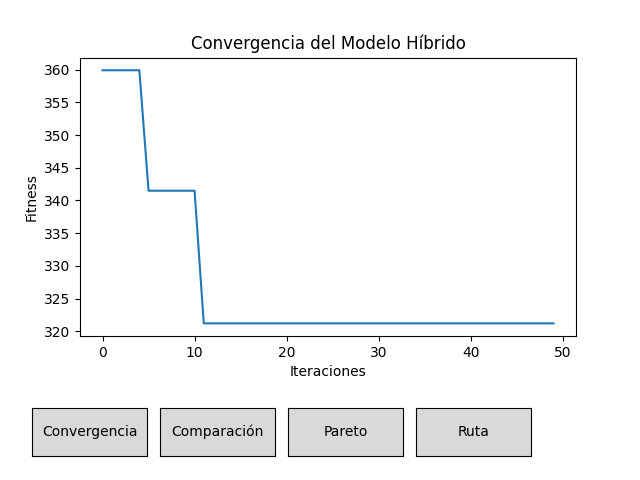
Repository: RIAJ15/IntelRR-Sistema-de-Optimizacion-basado-en-Algoritmos-Metaheuristicos-Hibridos
Script's output: python main.py
An editor plug-in stored every save of this project. The script's output is shown before and after the next save, followed by the edit.
Random numbers start from a fixed seed.

Above is the script's output before, as saved 2026-05-16 11:07:14.

### main.py
from data.ciudades import generar_ciudades, calcular_distancia, generar_costo_tiempo
from algorithms.hybrid import modelo_hibrido
from algorithms.nsga2 import nsga2
from visualization.dashboard import Dashboard
from utils.metrics import desviacion_estandar, promedio
from config import *
import time


# ============================================================
# GENERACIÓN DE DATOS DEL PROBLEMA
# ============================================================

# Se generan las ciudades y matrices del problema
ciudades = generar_ciudades(NUM_CIUDADES)
distancia = calcular_distancia(ciudades)
costo, tiempo_m = generar_costo_tiempo(NUM_CIUDADES)


# ============================================================
# PRUEBA INDIVIDUAL PARA VISUALIZACIÓN
# ============================================================

# NSGA-II
inicio = time.time()
frente_nsga, hist_nsga = nsga2(NUM_CIUDADES, distancia, costo, tiempo_m)
tiempo_nsga = time.time() - inicio

# Modelo híbrido
inicio = time.time()
frente_hibrido, hist_hibrido = modelo_hibrido(NUM_CIUDADES, distancia, costo, tiempo_m)
tiempo_hibrido = time.time() - inicio


# ============================================================
# BENCHMARKING (PRUEBAS REPETIDAS)
# ============================================================

"""
Se ejecutan múltiples pruebas para obtener métricas más confiables
y evitar conclusiones basadas en una sola ejecución.
"""

NUM_PRUEBAS = 10

tiempos_nsga = []
tiempos_hibrido = []

fitness_nsga = []
fitness_hibrido = []

for _ in range(NUM_PRUEBAS):

    # -------------------------
    # NSGA-II
    # -------------------------
    inicio = time.time()
    frente, _ = nsga2(NUM_CIUDADES, distancia, costo, tiempo_m)
    tiempos_nsga.append(time.time() - inicio)

    mejor_nsga = min(sum(r["fitness"]) for r in frente)
    fitness_nsga.append(mejor_nsga)

    # -------------------------
    # HÍBRIDO
    # -------------------------
    inicio = time.time()
    frente, _ = modelo_hibrido(NUM_CIUDADES, distancia, costo, tiempo_m)
    tiempos_hibrido.append(time.time() - inicio)

    mejor_h = min(sum(r["fitness"]) for r in frente)
    fitness_hibrido.append(mejor_h)


# ============================================================
# RESULTADOS
# ============================================================

print("\n=== RESULTADOS NSGA-II ===")
for r in frente_nsga:
    print(r["fitness"])

print("\n=== RESULTADOS MODELO HÍBRIDO ===")
for r in frente_hibrido:
    print(r["fitness"])


# ============================================================
# MÉTRICAS DE RENDIMIENTO
# ============================================================

print("\n========== MÉTRICAS ==========")

print("Tiempo promedio NSGA-II:", promedio(tiempos_nsga))
print("Tiempo promedio Híbrido:", promedio(tiempos_hibrido))

print("Mejor fitness promedio NSGA-II:", promedio(fitness_nsga))
print("Mejor fitness promedio Híbrido:", promedio(fitness_hibrido))

print("Desviación estándar NSGA-II:", desviacion_estandar(fitness_nsga))
print("Desviación estándar Híbrido:", desviacion_estandar(fitness_hibrido))


# ============================================================
# DASHBOARD INTERACTIVO
# ============================================================

Dashboard(
    hist_nsga,
    hist_hibrido,
    frente_hibrido,
    ciudades
)

### data/ciudades.py
import random
import math

def generar_ciudades(n):
    """
    Genera n ciudades con coordenadas aleatorias.

    Parámetros:
        n (int): Número de ciudades.

    Retorna:
        list: Lista de coordenadas (x, y).
    """
    ciudades = []
    for _ in range(n):
        x = random.uniform(0, 100)
        y = random.uniform(0, 100)
        ciudades.append((x, y))
    return ciudades

def calcular_distancia(ciudades):
    """
    Calcula la distancia entre todas las ciudades usando distancia euclidiana.

    Parámetros:
        ciudades (list): Lista de coordenadas.

    Retorna:
        list[list]: Matriz de distancias.
    """
    n = len(ciudades)
    matriz = [[0]*n for _ in range(n)]

    for i in range(n):
        for j in range(n):
            x1, y1 = ciudades[i]
            x2, y2 = ciudades[j]
            matriz[i][j] = math.sqrt((x1 - x2)**2 + (y1 - y2)**2)

    return matriz

def generar_costo_tiempo(n):
    """
    Genera matrices de costo y tiempo de forma aleatoria.

    Parámetros:
        n (int): Número de ciudades.

    Retorna:
        tuple: (costo, tiempo)
    """
    costo = [[random.uniform(1, 10) for _ in range(n)] for _ in range(n)]
    tiempo = [[random.uniform(1, 10) for _ in range(n)] for _ in range(n)]

    return costo, tiempo

### algorithms/hybrid.py
from algorithms.nsga2 import nsga2
from algorithms.pso import pso_mejorar

# =========================
# MODELO HÍBRIDO
# =========================
def modelo_hibrido(n, distancia, costo, tiempo):
    """
    Ejecuta el modelo híbrido NSGA-II + PSO.

    Flujo:
    1. Se obtiene un conjunto de soluciones con NSGA-II.
    2. Se refinan esas soluciones utilizando PSO.

    Parámetros:
        n (int): Número de ciudades.
        distancia (matrix): Matriz de distancias.
        costo (matrix): Matriz de costos.
        tiempo (matrix): Matriz de tiempos.

    Retorna:
        tuple:
            - soluciones mejoradas
            - historial de convergencia
    """
    # =========================
    # FASE 1: NSGA-II
    # =========================
    frente, historial = nsga2(n, distancia, costo, tiempo)

    # =========================
    # FASE 2: PSO (REFINAMIENTO)
    # =========================
    mejorado = pso_mejorar(frente, distancia, costo, tiempo)

    return mejorado, historial

### algorithms/nsga2.py
import random
from utils.fitness import evaluar_ruta
from utils.pareto import clasificar_pareto
from config import *

# =========================
# CREACIÓN DE INDIVIDUO
# =========================
def crear_individuo(n):
    """Genera una ruta aleatoria."""
    ruta = list(range(n))
    random.shuffle(ruta)
    return ruta

# =========================
# CREACIÓN DE POBLACIÓN
# =========================
def crear_poblacion(n, size):
    """Genera la población inicial."""
    return [crear_individuo(n) for _ in range(size)]

# =========================
# EVALUACIÓN DE POBLACIÓN
# =========================
def evaluar_poblacion(poblacion, distancia, costo, tiempo):
    """Evalúa cada individuo con la función de fitness."""
    individuos = []
    for ruta in poblacion:
        fitness = evaluar_ruta(ruta, distancia, costo, tiempo)
        individuos.append({
            "ruta": ruta,
            "fitness": fitness
        })
    return individuos

# =========================
# CRUCE
# =========================
def cruce(padre1, padre2):
    """Combina dos individuos para generar uno nuevo."""
    punto = random.randint(1, len(padre1)-2)
    hijo = padre1[:punto]

    for gen in padre2:
        if gen not in hijo:
            hijo.append(gen)

    return hijo

# =========================
# MUTACIÓN
# =========================
def mutacion(ruta):
    """Realiza un intercambio aleatorio en la ruta."""
    if random.random() < PROB_MUTACION:
        i, j = random.sample(range(len(ruta)), 2)
        ruta[i], ruta[j] = ruta[j], ruta[i]
    return ruta

# =========================
# GENERAR NUEVA POBLACIÓN
# =========================
def generar_nueva_poblacion(poblacion):
    """Genera nueva población aplicando cruce y mutación."""
    nueva = []

    if len(poblacion) < 2:
        return [poblacion[0]["ruta"][:] for _ in range(POBLACION_SIZE)]

    while len(nueva) < POBLACION_SIZE:
        p1, p2 = random.sample(poblacion, 2)
        hijo = cruce(p1["ruta"], p2["ruta"])
        hijo = mutacion(hijo)
        nueva.append(hijo)

    return nueva

# =========================
# ALGORITMO NSGA-II
# =========================
def nsga2(n, distancia, costo, tiempo):
    """
    Ejecuta NSGA-II con elitismo y evaluación multiobjetivo.
    """

    poblacion = crear_poblacion(n, POBLACION_SIZE)
    historial = []

    for _ in range(GENERACIONES):

        # Evaluación
        evaluados = evaluar_poblacion(poblacion, distancia, costo, tiempo)

        # Clasificación por Pareto
        frentes = clasificar_pareto(evaluados)
        mejor_frente = frentes[0]

        # Registro de convergencia
        historial.append(min(f["fitness"][0] for f in mejor_frente))

        # =========================
        # ELITISMO
        # =========================

        elite = mejor_frente
        elite = sorted(elite, key=lambda x: sum(x["fitness"]))

        nueva = generar_nueva_poblacion(evaluados)

        elite_rutas = [e["ruta"] for e in elite]

        if len(elite_rutas) >= POBLACION_SIZE:
            poblacion = elite_rutas[:POBLACION_SIZE]
        else:
            poblacion = elite_rutas + nueva[:POBLACION_SIZE - len(elite_rutas)]

    return frentes[0], historial

### utils/fitness.py
def evaluar_ruta(ruta, distancia, costo, tiempo):
    """
    Evalúa una ruta en términos de distancia, costo y tiempo.

    Parámetros:
        ruta (list): orden de ciudades
        distancia (matrix)
        costo (matrix)
        tiempo (matrix)

    Retorna:
        tuple: (distancia_total, costo_total, tiempo_total)
    """

    dist_total = 0
    costo_total = 0
    tiempo_total = 0

    for i in range(len(ruta) - 1):
        a = ruta[i]
        b = ruta[i + 1]

        dist_total += distancia[a][b]
        costo_total += costo[a][b]
        tiempo_total += tiempo[a][b]

    return dist_total, costo_total, tiempo_total

### utils/pareto.py
def domina(a, b):
    """
    Verifica si la solución a domina a b
    """
    return all(x <= y for x, y in zip(a, b)) and any(x < y for x, y in zip(a, b))

def clasificar_pareto(poblacion):
    """
    Clasifica soluciones en frentes de Pareto
    """
    frentes = []
    poblacion_restante = poblacion[:]

    while poblacion_restante:
        frente = []
        for p in poblacion_restante:
            if not any(domina(q['fitness'], p['fitness']) for q in poblacion_restante):
                frente.append(p)

        frentes.append(frente)
        poblacion_restante = [p for p in poblacion_restante if p not in frente]

    return frentes

### config.py
# =========================
# PARÁMETROS DEL PROBLEMA
# =========================

# Número de ciudades (tamaño del problema)
NUM_CIUDADES = 10

# =========================
# PARÁMETROS DEL ALGORITMO GENÉTICO (NSGA-II)
# =========================

# Tamaño de la población
POBLACION_SIZE = 20

# Número de generaciones (iteraciones)
GENERACIONES = 50

# Probabilidad de cruce entre individuos
PROB_CRUCE = 0.8

# Probabilidad de mutación (intercambio de genes)
PROB_MUTACION = 0.2

# =========================
# PARÁMETROS DEL PSO (ENJAMBRE)
# =========================

# Peso de inercia (influencia del estado actual)
W = 0.5

# Coeficiente cognitivo (influencia de la mejor solución individual - pBest)
C1 = 1.5

# Coeficiente social (influencia de la mejor solución global - gBest)
C2 = 1.5

### algorithms/pso.py
import random
from utils.fitness import evaluar_ruta
from config import W, C1, C2


def obtener_swaps(ruta1, ruta2):
    """
    Genera una secuencia de swaps para transformar ruta1 en ruta2.
    """
    swaps = []
    r1 = ruta1[:]
    for i in range(len(r1)):
        if r1[i] != ruta2[i]:
            j = r1.index(ruta2[i])
            swaps.append((i, j))
            r1[i], r1[j] = r1[j], r1[i]
    return swaps


def aplicar_swaps(ruta, swaps):
    """
    Aplica una lista de swaps a una ruta.
    """
    nueva = ruta[:]
    for i, j in swaps:
        nueva[i], nueva[j] = nueva[j], nueva[i]
    return nueva


def pso_mejorar(soluciones, distancia, costo, tiempo):
    """
    PSO adaptado a problema discreto usando swaps como "velocidad".
    """

    particulas = []

    # Inicialización
    for s in soluciones:
        particulas.append({
            "ruta": s["ruta"][:],
            "fitness": s["fitness"],
            "pbest": s["ruta"][:],
            "pbest_fit": s["fitness"],
            "velocidad": []  # lista de swaps
        })

    # Mejor global
    gbest = min(particulas, key=lambda x: sum(x["fitness"]))

    for _ in range(10):
        for p in particulas:

            # ===== ECUACIÓN DE VELOCIDAD (ADAPTADA) =====
            # v = w*v + c1*(pBest - x) + c2*(gBest - x)

            swaps_pbest = obtener_swaps(p["ruta"], p["pbest"])
            swaps_gbest = obtener_swaps(p["ruta"], gbest["ruta"])

            nueva_velocidad = []

            # Inercia
            for swap in p["velocidad"]:
                if random.random() < W:
                    nueva_velocidad.append(swap)

            # Componente cognitivo
            for swap in swaps_pbest:
                if random.random() < C1:
                    nueva_velocidad.append(swap)

            # Componente social
            for swap in swaps_gbest:
                if random.random() < C2:
                    nueva_velocidad.append(swap)

            p["velocidad"] = nueva_velocidad

            # ===== ECUACIÓN DE POSICIÓN =====
            # x = x + v

            nueva_ruta = aplicar_swaps(p["ruta"], p["velocidad"])

            nuevo_fit = evaluar_ruta(nueva_ruta, distancia, costo, tiempo)

            # Actualizar estado
            p["ruta"] = nueva_ruta
            p["fitness"] = nuevo_fit

            # Actualizar pBest
            if sum(nuevo_fit) < sum(p["pbest_fit"]):
                p["pbest"] = nueva_ruta[:]
                p["pbest_fit"] = nuevo_fit

        # Actualizar gBest
        gbest = min(particulas, key=lambda x: sum(x["fitness"]))

    return [{"ruta": p["ruta"], "fitness": p["fitness"]} for p in particulas]

### visualization/dashboard.py
import matplotlib.pyplot as plt
from matplotlib.widgets import Button


class Dashboard:
    """
    Dashboard interactivo para visualizar resultados del proyecto.

    Parámetros:
        hist_nsga (list): Historial de convergencia de NSGA-II.
        hist_hibrido (list): Historial de convergencia del modelo híbrido.
        frente (list): Soluciones del frente de Pareto.
        ciudades (list): Coordenadas de las ciudades.
    """

    def __init__(self, hist_nsga, hist_hibrido, frente, ciudades):
        self.hist_nsga = hist_nsga
        self.hist_hibrido = hist_hibrido
        self.frente = frente
        self.ciudades = ciudades

        # Figura principal
        self.fig, self.ax = plt.subplots()
        plt.subplots_adjust(bottom=0.3)

        # =========================
        # BOTONES
        # =========================
        ax_btn1 = plt.axes([0.05, 0.05, 0.18, 0.1])
        ax_btn2 = plt.axes([0.25, 0.05, 0.18, 0.1])
        ax_btn3 = plt.axes([0.45, 0.05, 0.18, 0.1])
        ax_btn4 = plt.axes([0.65, 0.05, 0.18, 0.1])

        self.btn1 = Button(ax_btn1, 'Convergencia')
        self.btn2 = Button(ax_btn2, 'Comparación')
        self.btn3 = Button(ax_btn3, 'Pareto')
        self.btn4 = Button(ax_btn4, 'Ruta')

        # Eventos
        self.btn1.on_clicked(self.mostrar_convergencia)
        self.btn2.on_clicked(self.mostrar_comparacion)
        self.btn3.on_clicked(self.mostrar_pareto)
        self.btn4.on_clicked(self.mostrar_ruta)

        # Vista inicial
        self.mostrar_convergencia(None)

        plt.show()

    def limpiar(self):
        """
        Limpia el área de dibujo actual.
        """
        self.ax.clear()

    def mostrar_convergencia(self, event):
        """
        Muestra la convergencia del modelo híbrido.
        """
        self.limpiar()

        self.ax.plot(self.hist_hibrido)
        self.ax.set_title("Convergencia del Modelo Híbrido")
        self.ax.set_xlabel("Iteraciones")
        self.ax.set_ylabel("Fitness")

        self.fig.canvas.draw()

    def mostrar_comparacion(self, event):
        """
        Compara convergencia entre NSGA-II y modelo híbrido.
        """
        self.limpiar()

        self.ax.plot(self.hist_nsga, label="NSGA-II")
        self.ax.plot(self.hist_hibrido, label="Híbrido")

        self.ax.set_title("Comparación de Convergencia")
        self.ax.set_xlabel("Iteraciones")
        self.ax.set_ylabel("Fitness")
        self.ax.legend()

        self.fig.canvas.draw()

    def mostrar_pareto(self, event):
        """
        Muestra el frente de Pareto.
        """
        self.limpiar()

        x = [f[0] for f in self.frente]
        y = [f[1] for f in self.frente]

        self.ax.scatter(x, y)

        for i, (xi, yi) in enumerate(zip(x, y)):
            self.ax.text(xi, yi, f"S{i}", fontsize=8)

        self.ax.set_title("Frente de Pareto")
        self.ax.set_xlabel("Distancia")
        self.ax.set_ylabel("Costo")

        self.fig.canvas.draw()

    def mostrar_ruta(self, event):
        """
        Muestra visualmente una ruta optimizada entre ciudades.
        """
        self.limpiar()

        ruta = self.frente[0]["ruta"]

        x = [self.ciudades[i][0] for i in ruta]
        y = [self.ciudades[i][1] for i in ruta]

        # cerrar ciclo
        x.append(x[0])
        y.append(y[0])

        self.ax.plot(x, y, marker='o')

        for i, (xi, yi) in enumerate(self.ciudades):
            self.ax.text(xi, yi, str(i))

        self.ax.set_title("Ruta Optimizada entre Ciudades")
        self.ax.set_xlabel("Coordenada X")
        self.ax.set_ylabel("Coordenada Y")

        self.fig.canvas.draw()

### utils/metrics.py
import time
import numpy as np

def medir_tiempo(func):
    """
    Mide el tiempo de ejecución de una función.

    Parámetros:
        func (function): Función a evaluar.

    Retorna:
        tuple:
            - resultado de la función
            - tiempo de ejecución en segundos
    """
    inicio = time.time()
    resultado = func()
    fin = time.time()
    return resultado, fin - inicio

def desviacion_estandar(valores):
    """
    Calcula la desviación estándar de un conjunto de valores.

    Esta métrica permite evaluar la estabilidad y robustez del algoritmo
    a través de múltiples ejecuciones.

    Parámetros:
        valores (list): Lista de valores numéricos.

    Retorna:
        float: Desviación estándar.
    """
    return np.std(valores)


def promedio(valores):
    """
    Calcula el promedio de un conjunto de valores.

    Parámetros:
        valores (list): Lista de valores numéricos.

    Retorna:
        float: Valor promedio.
    """
    return np.mean(valores)

After the next save:
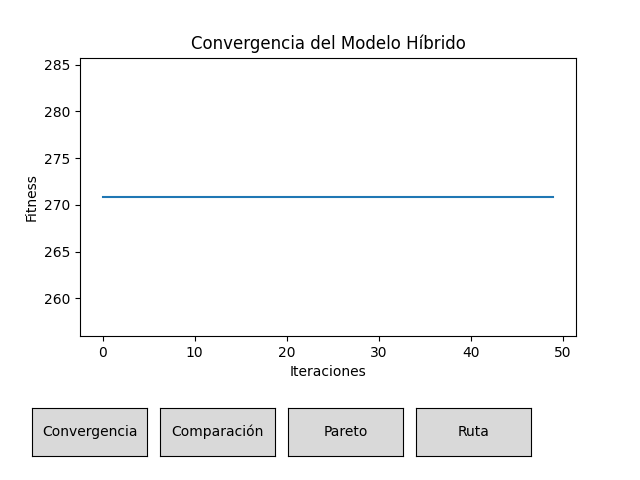
Saved 4 min 59 s later.
--- a/data/ciudades.py
+++ b/data/ciudades.py
@@ -1,21 +1,29 @@
 import random
 import math
 
+import random
+import math
+
+
 def generar_ciudades(n):
     """
-    Genera n ciudades con coordenadas aleatorias.
+    Genera ciudades distribuidas tipo cuadrícula urbana.
+    """
 
-    Parámetros:
-        n (int): Número de ciudades.
+    ciudades = []
 
-    Retorna:
-        list: Lista de coordenadas (x, y).
-    """
-    ciudades = []
-    for _ in range(n):
-        x = random.uniform(0, 100)
-        y = random.uniform(0, 100)
+    columnas = int(math.sqrt(n))
+    espacio = 20
+
+    for i in range(n):
+        fila = i // columnas
+        columna = i % columnas
+
+        x = columna * espacio + random.uniform(-3, 3)
+        y = fila * espacio + random.uniform(-3, 3)
+
         ciudades.append((x, y))
+
     return ciudades
 
 def calcular_distancia(ciudades):
